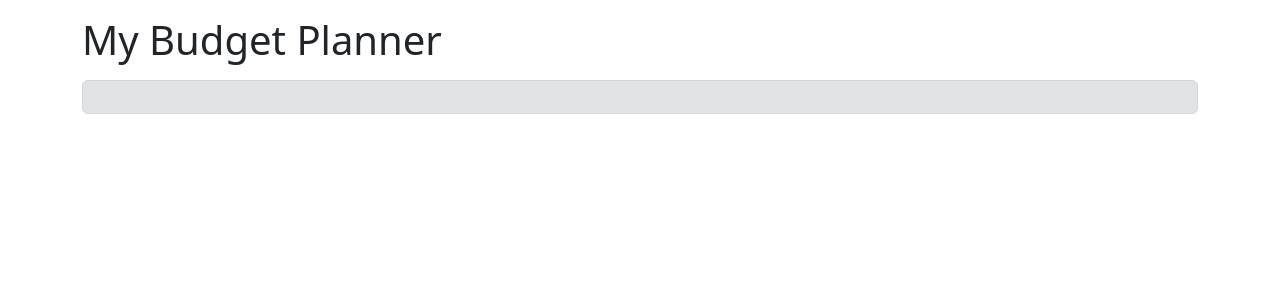
Repository: OmniaRafat232111121/budgetapp
Page: /
The author's editor kept a copy of each file at every save. The page is drawn from the files as they stood at one save, then again after a run of saves.
The browser window is 1280 px wide. The pictures show the whole page.
The project was rebuilt for these pictures with package versions that can differ from the ones it lists, and the page was loaded fresh each time.

Above is the page before, as saved 2022-10-07 21:38:28.

### src/App.js
import React from 'react';
import 'bootstrap/dist/css/bootstrap.min.css';
import Budget from './components/Budget';

function App() {
  return (
    <div className='container'>
    <h1 className='mt-3'>My Budget Planner</h1>
    <div className='row mt-3'>
    <div className='col-sm'>
    <Budget/>
    </div>
    </div>

    </div>
  );
}

export default App;

### src/components/Budget.jsx
import React from 'react'

const Budget = () => {
  return (
    <div className='alert alert-secondary'>
      <span></span>
    </div>
  )
}

export default Budget

Loaded but not shown: public/index.html (common file); src/index.js (common file)

After the next 6 saves:
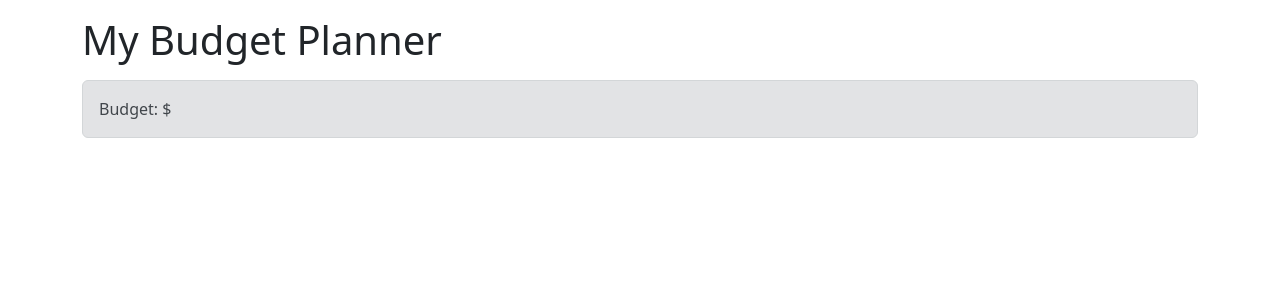
The 6 saves are shown as one change because they came seconds apart.
The last was saved 16 s later.
--- a/src/components/Budget.jsx
+++ b/src/components/Budget.jsx
@@ -3,7 +3,7 @@ import React from 'react'
 const Budget = () => {
   return (
     <div className='alert alert-secondary'>
-      <span></span>
+      <span>Budget: $</span>
     </div>
   )
 }
